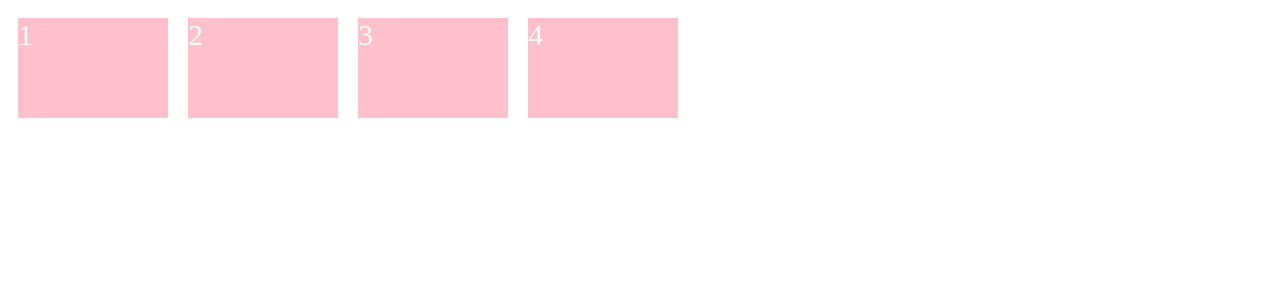
Repository: sangah-park98/jsp-class
Page: k20230508_1_css/src/main/webapp/24_요소정렬2.html
The author's editor kept a copy of each file at every save. The page is drawn from the files as they stood at one save, then again after the next save.
The browser window is 1280 px wide. The pictures show the whole page.

Above is the page before, as saved 2023-05-09 06:46:55.

After the next save:
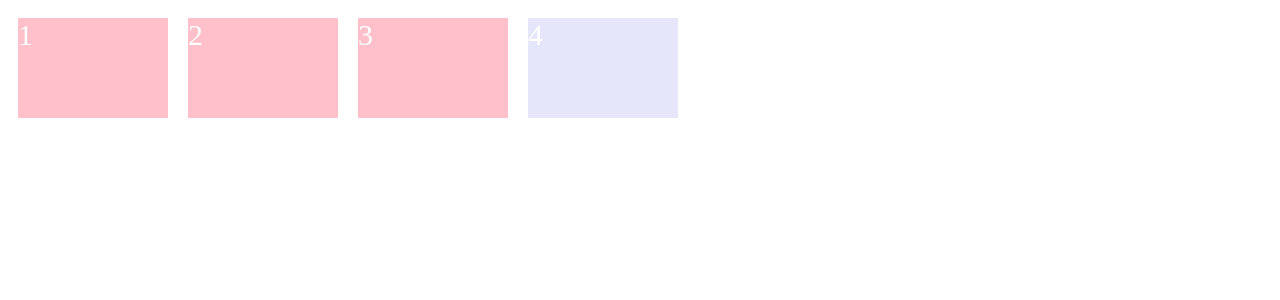
Saved 85 s later.
--- a/k20230508_1_css/src/main/webapp/24_요소정렬2.html
+++ b/k20230508_1_css/src/main/webapp/24_요소정렬2.html
@@ -21,6 +21,16 @@
 		float: left;
 		margin: 10px;
 	}
+	.box2 {
+		width: 150px;
+		height: 100px;
+		background-color: lavender;
+		font-size: 30px;
+		color: white;
+		float: left;
+		margin: 10px;
+
+	}
 
 </style>
 </head>
@@ -29,7 +39,7 @@
 <div class="box1">1</div>
 <div class="box1">2</div>
 <div class="box1">3</div>
-<div class="box1">4</div>
+<div class="box2">4</div>
 
 </body>
 </html>
